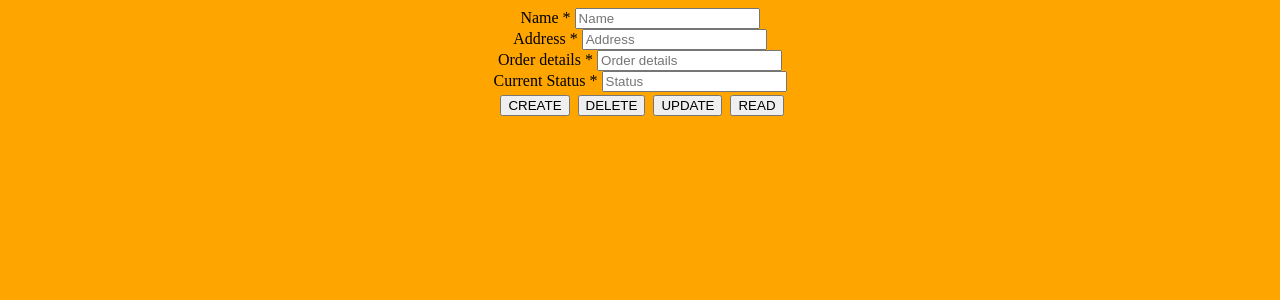
Repository: dhanasekar13/servlet
Page: shooping1/war/first.html
An editor plug-in stored every save of this project. The page is shown before and after the next save, followed by the edit.
The browser window is 1280 px wide. The pictures show the whole page.

Above is the page before, as saved 2017-05-10 10:33:52.

### shooping1/war/first.html
<!DOCTYPE html PUBLIC "-//W3C//DTD HTML 4.01 Transitional//EN" "http://www.w3.org/TR/html4/loose.dtd">

<html>
<body bgcolor="orange">
<center>
<form action="Shooping1" method="get">




   <label>Name *</label>
   <input type="text" id="firstname" name="firstname" placeholder="Name" required />

 <br>
   <label>Address *</label>
   <input type="text" id="lastname" name="lastname" placeholder="Address" required />
  <br>
   <label>Order details *</label>
   <input type="text" id="lastname" name="order" placeholder="Order details" />
  <br>
   <label>Current Status *</label>
   <input type="text" id="lastname" name="status" placeholder="Status"/>

<br>
<table>
<tr>
<td><input type="hidden" name="hide" value="1"></td>
<td><input type="submit" value="CREATE" /></td>

<td><input type="hidden" name="hide" value="2"></td>
<td><input type="submit" value="DELETE" /></td>

<td><input type="hidden" name="hide" value="3"></td>
<td><input type="submit" value="UPDATE" /></td>

<td><input type="hidden" name="hide" value="4"></td>
<td><input type="submit" value="READ" /></td>
</tr>
</table>
</form></center>

</body>

</html>

After the next save:
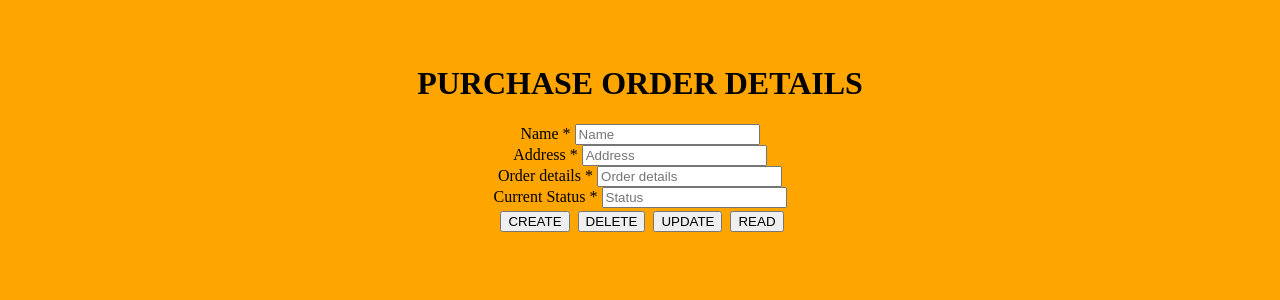
Saved 78 s later.
--- a/shooping1/war/first.html
+++ b/shooping1/war/first.html
@@ -5,7 +5,9 @@
 <center>
 <form action="Shooping1" method="get">
 
-
+<br>
+<br>
+<h1>PURCHASE ORDER DETAILS</h1>
 
 
    <label>Name *</label>
